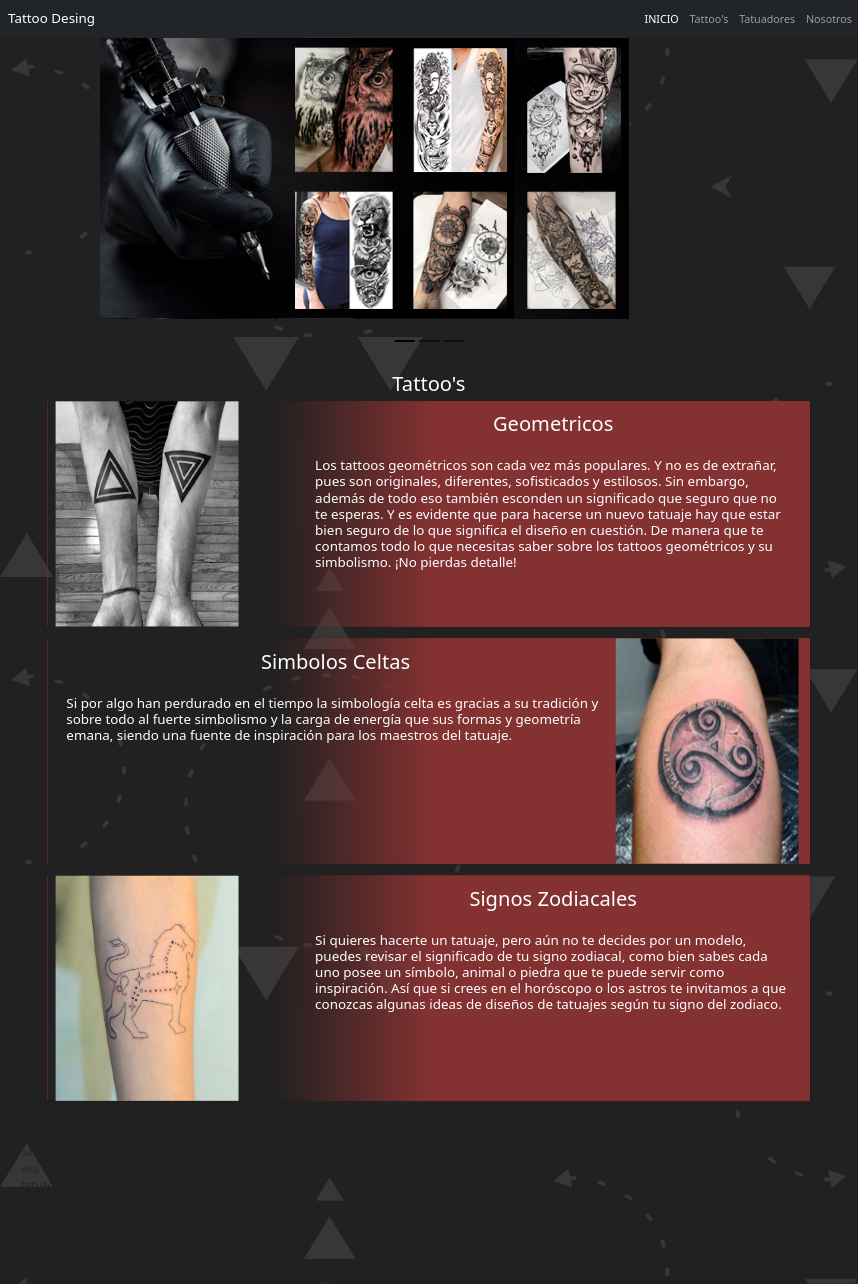
Repository: Vladimir-22/TatooDesign
Page: index.html
These files come from the project's save history. The page is drawn as it stood at one moment and after the next save; the edit follows.
The browser window is 1280 px wide. The pictures show the whole page, at 67% of full size.
Some web libraries are served in a nearby version.

Above is the page before, as saved 2021-05-19 20:26:43.

After the next save:
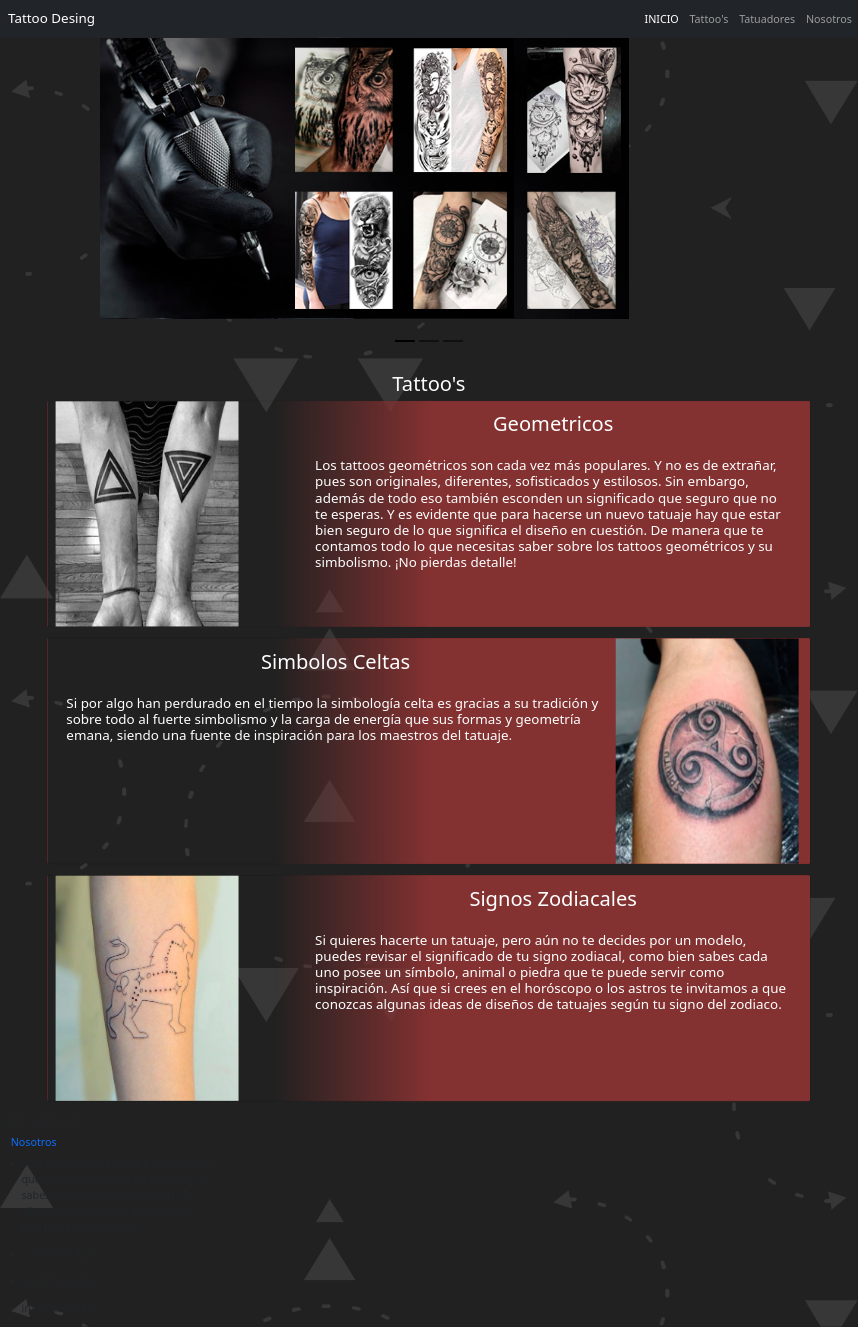
Saved 3 min 55 s later.
--- a/index.html
+++ b/index.html
@@ -173,15 +173,13 @@
     </div>
 </body>
 <footer>
-    <div>
+    <div class="footer" id="footer">
         <div class="col-md-3 collapse navbar-collapse" id="navbarNav">
-            <ul class="navbar-nav">
-                <li class="nav-item">
-                    <a class="nav-link active" aria-current="page" href="#">INICIO</a>
-                </li>
-                <li class="nav-item">
-                    <a class="nav-link" href="nosotros.html" tabindex="-1" aria-disabled="true">Nosotros</a>
-                </li>
+            <a class="nav-link active" aria-current="page" href="#">INICIO</a>
+        </div>
+        <div class="col-6 col-md-4">.col-6 .col-md-4</div>
+            <a class="nav-link" href="nosotros.html" tabindex="-1" aria-disabled="true">Nosotros</a>
+
     </div>
     <div class="col-md-3 mb-md-0 mb-3">
         <ul>
